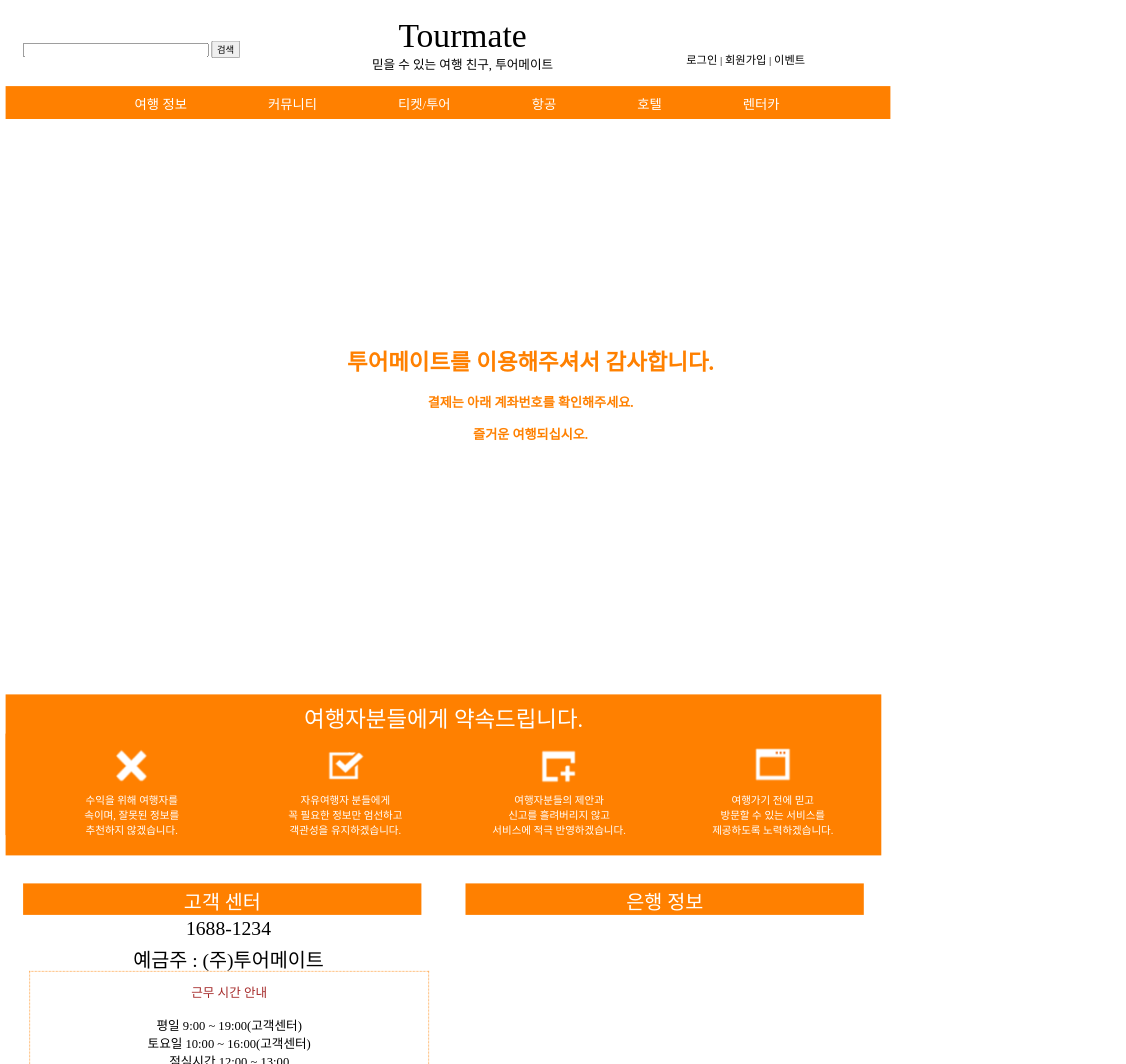
Repository: nohyoonko/2017-2-WP-Tourmate
Page: http://localhost/Tourmate/항공_ok.jsp
An editor plug-in stored every save of this project. The page is shown before and after the next save, followed by the edit.
The browser window is 1280 px wide. The page is 1280 px wide, then 1608 px, so the pictures cover 1608 px, including what lies to the right of the window. The pictures show the part of the page from y = 0 to 1520 px (the page is 1948 px tall before and 2748 px after), at 70% of full size.
Some web libraries are served in a nearby version. The page is served by Tomcat 9.

Above is the page before, as saved 2017-12-06 13:22:03.

After the next save:
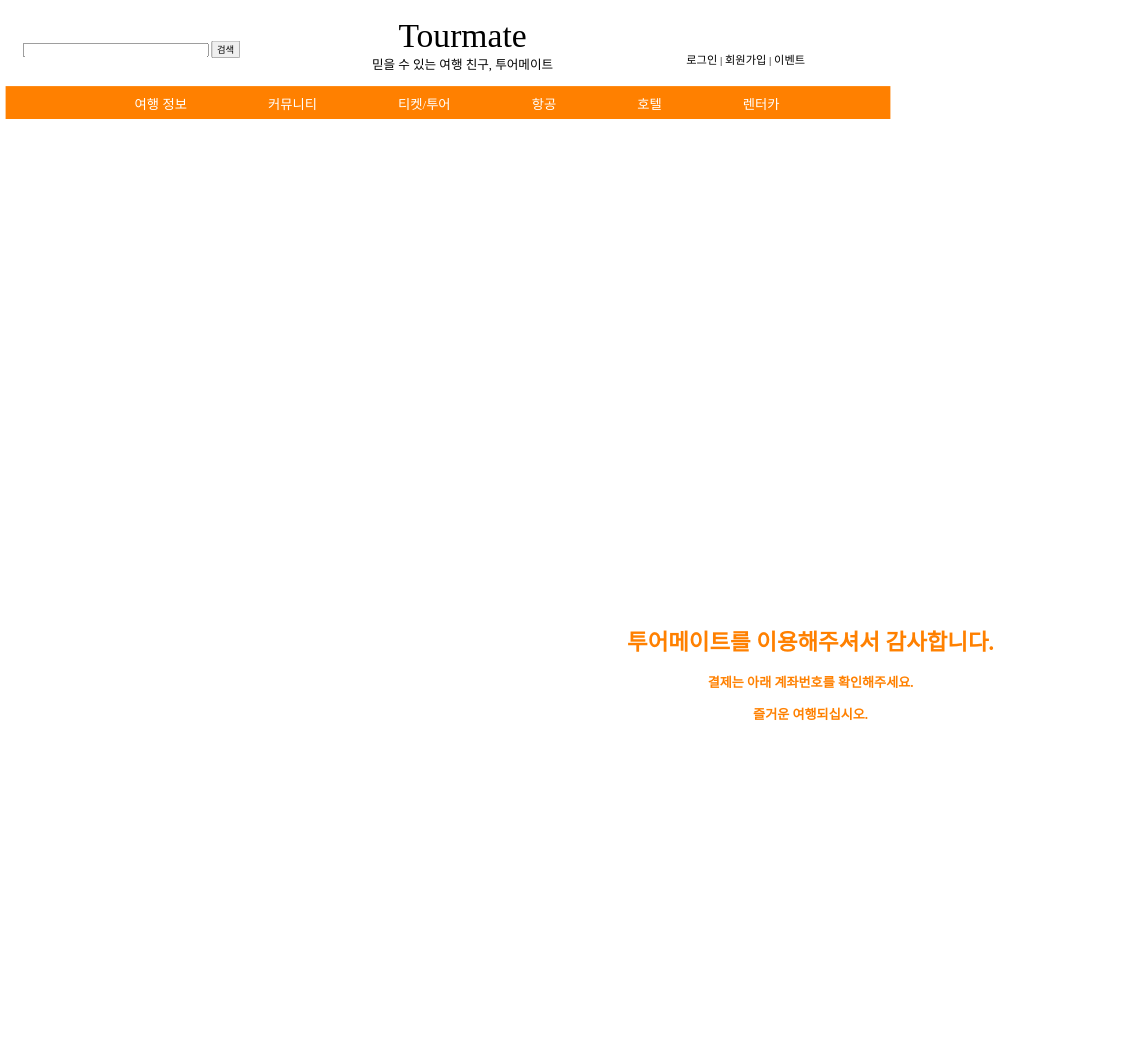
Saved 9 s later.
--- a/eclipse-workspace/Tourmate/WebContent/항공_ok.jsp
+++ b/eclipse-workspace/Tourmate/WebContent/항공_ok.jsp
@@ -10,7 +10,7 @@
          height:200px;
          width:900px;
          color:#FF8000;
-         margin:300px;
+         margin:700px;
       }
 		</style>
 	</head>
